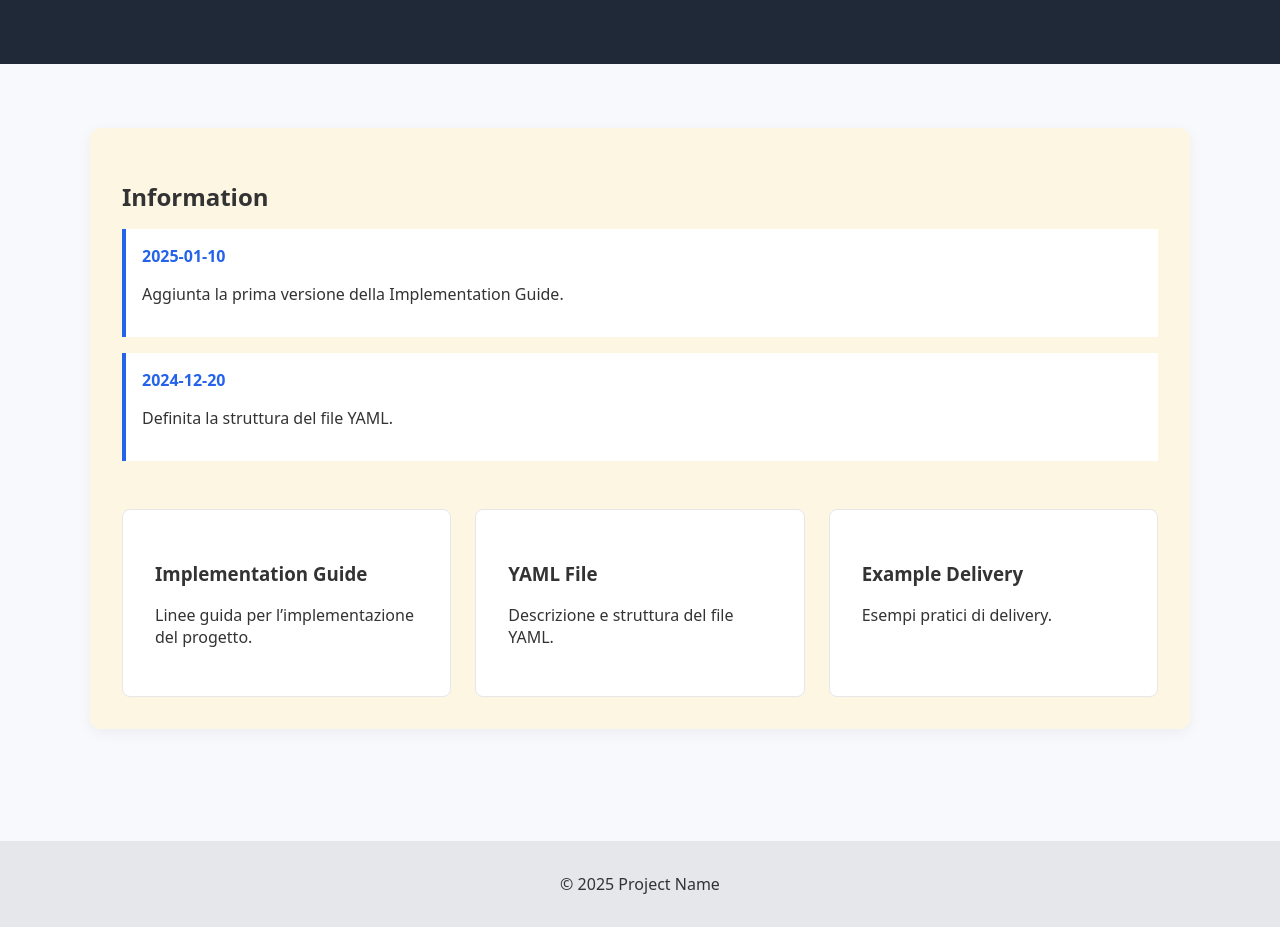
Repository: bfspoku/ech-0252-docs
Page: index.html
An editor plug-in stored every save of this project. The page is shown before and after the next save, followed by the edit.
The browser window is 1280 px wide. The pictures show the whole page.

Above is the page before, as saved 2025-12-16 15:30:59.

### index.html
<link rel="preconnect" href="https://fonts.googleapis.com">
<link rel="preconnect" href="https://fonts.gstatic.com" crossorigin>
<link href="https://fonts.googleapis.com/css2?family=Noto+Sans:ital,wght@0,400;0,600;0,700;1,400&display=swap" rel="stylesheet">


<!DOCTYPE html>
<html lang="it">
<head>
  <meta charset="UTF-8">
  <title>eCH implementation guide</title>
  <link rel="stylesheet" href="css/style.css">
</head>
<body>

<header>

</header>

<main>

<section class = "wrapper">
  <!-- INFORMATION -->
  <section class="information">
    <h2>Information</h2>

    <ul class="updates">
      <li>
        <span class="date">2025-01-10</span>
        <p>Aggiunta la prima versione della Implementation Guide.</p>
      </li>
      <li>
        <span class="date">2024-12-20</span>
        <p>Definita la struttura del file YAML.</p>
      </li>
    </ul>
  </section>

  <!-- CARDS -->
  <section class="cards">
    <a class="card" href="implementation-guide.html">
      <h3>Implementation Guide</h3>
      <p>Linee guida per l’implementazione del progetto.</p>
    </a>

    <a class="card" href="yaml-file.html">
      <h3>YAML File</h3>
      <p>Descrizione e struttura del file YAML.</p>
    </a>

    <a class="card" href="example-delivery.html">
      <h3>Example Delivery</h3>
      <p>Esempi pratici di delivery.</p>
    </a>
  </section>

</section>

</main>

<footer>
  <p>© 2025 Project Name</p>
</footer>

</body>
</html>

### css/style.css
body {
    font-family: 'Noto Sans', system-ui, -apple-system, BlinkMacSystemFont,
    'Segoe UI', Roboto, Ubuntu, Cantarell, 'Helvetica Neue',
    Arial, sans-serif;
    margin: 0;
    background: #f7f9fc;
    color: #333;
  }

  header {
    background: #1f2937;
    color: white;
    padding: 2rem;
  }

  main {
    padding: 2rem;
    max-width: 1100px;
    margin: auto;
  }

  h1, h2 {
    margin-bottom: 1rem;
  }

  /* Main wrapper for all the pages */
  .wrapper {
    max-width: 1100px;      /* larghezza massima */
    margin: 2rem auto;      /* centrato orizzontalmente, margine verticale */
    padding: 2rem;          /* spazio interno */
    background-color: #fdf6e3;  /* bianco-beige chiaro */
    border-radius: 10px;    /* angoli arrotondati */
    box-shadow: 0 4px 15px rgba(0,0,0,0.05); /* leggero effetto profondità */
  }

  /* INFORMATION */
  .information {
    margin-bottom: 3rem;
  }

  .updates {
    list-style: none;
    padding: 0;
  }

  .updates li {
    background: white;
    padding: 1rem;
    border-left: 4px solid #2563eb;
    margin-bottom: 1rem;
  }

  .date {
    font-weight: bold;
    color: #2563eb;
  }

  /* CARDS */
  .cards {
    display: grid;
    grid-template-columns: repeat(auto-fit, minmax(250px, 1fr));
    gap: 1.5rem;
  }

  .card {
    background: white;
    padding: 2rem;
    text-decoration: none;
    color: inherit;
    border: 1px solid #e5e7eb;
    border-radius: 8px;
    transition: transform 0.2s, box-shadow 0.2s;
  }

  .card:hover {
    transform: translateY(-5px);
    box-shadow: 0 10px 20px rgba(0,0,0,0.1);
  }

  footer {
    text-align: center;
    padding: 1rem;
    background: #e5e7eb;
    margin-top: 3rem;
  }

After the next save:
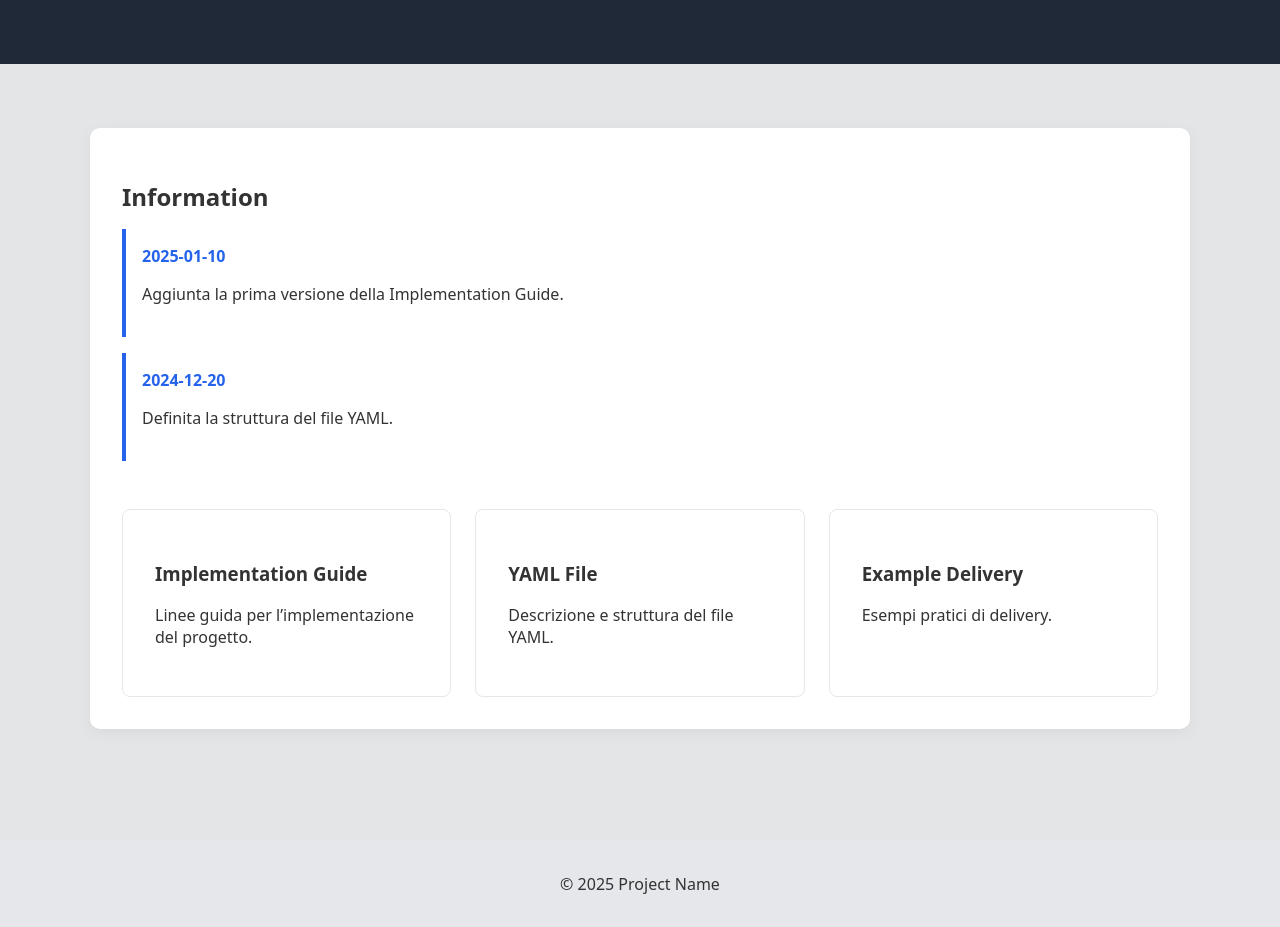
Saved 42 s later.
--- a/css/style.css
+++ b/css/style.css
@@ -3,7 +3,7 @@
     'Segoe UI', Roboto, Ubuntu, Cantarell, 'Helvetica Neue',
     Arial, sans-serif;
     margin: 0;
-    background: #f7f9fc;
+    background: #e4e5e7;
     color: #333;
   }
 
@@ -28,7 +28,7 @@
     max-width: 1100px;      /* larghezza massima */
     margin: 2rem auto;      /* centrato orizzontalmente, margine verticale */
     padding: 2rem;          /* spazio interno */
-    background-color: #fdf6e3;  /* bianco-beige chiaro */
+    background-color: #ffffff;  /* bianco-beige chiaro */
     border-radius: 10px;    /* angoli arrotondati */
     box-shadow: 0 4px 15px rgba(0,0,0,0.05); /* leggero effetto profondità */
   }
